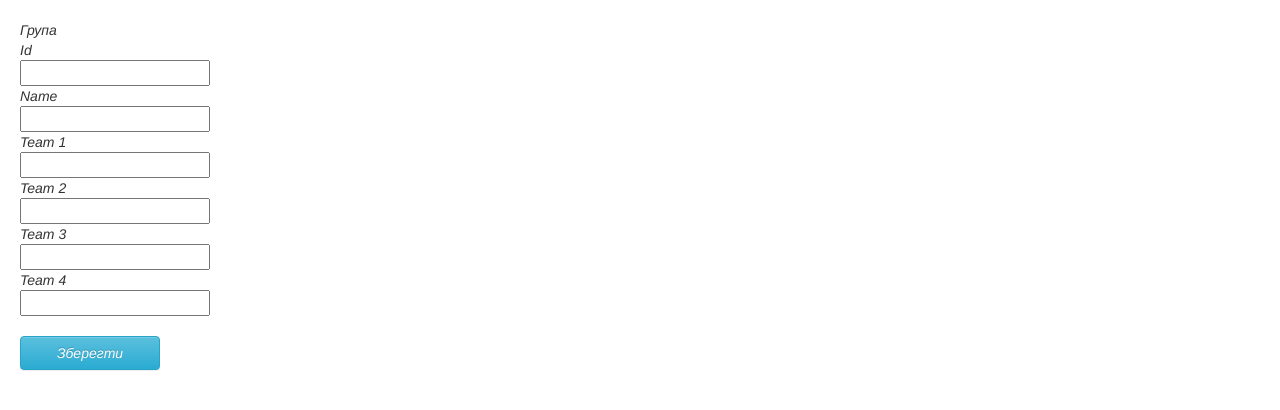
Repository: polik1996/StatisticManager
Page: StatisticsManager/WebContent/inputeGroup.html
The author's editor kept a copy of each file at every save. The page is drawn from the files as they stood at one save, then again after the next save.
The browser window is 1280 px wide. The pictures show the whole page.

Above is the page before, as saved 2016-06-15 05:41:47.
Console error (its wording comes from the project's code and is left out).

### StatisticsManager/WebContent/inputeGroup.html
<!DOCTYPE html>
<html>
<head>
<meta charset="UTF-8">
<title>Insert title here</title>
<link rel="stylesheet" href="https://maxcdn.bootstrapcdn.com/bootstrap/3.3.4/css/bootstrap.min.css">
   <link rel="stylesheet" href="https://maxcdn.bootstrapcdn.com/bootstrap/3.3.4/css/bootstrap-theme.min.css">
  <script src="https://maxcdn.bootstrapcdn.com/bootstrap/3.3.4/js/bootstrap.min.js"></script>
 <style>
   body {
   font-style: italic;
    margin: 20px; /* Убираем отступы */
   }
  </style>
</head>
<body>
	<form action="OperateTable" target="forTable" method="POST">
		<table width = "80">
		<tr>
		<td>
			Група
		</td>
		</tr>
		<tr>
		<td>
			Id <input type="text" name="id">
		</td>
		</tr>
		<tr>
		<td>
			Name <input type="text" name="name">
		</td>
		</tr>
		<tr>
		<td>
			Team 1  <input type="text" name="team_1">
		</td>
		</tr>
		<tr>
		<td>
			Team 2  <input type="text" name="team_2">
		</td>
		</tr>
		<tr>
		<td>
			Team 3  <input type="text" name="team_3">
		</td>
		</tr>
		<tr>
		<td>
			Team 4 <input type="text" name="team_4">
		</td>
		</tr>
</table>
<br>
<input type="submit" button class="btn btn-info" style = width:140px value="Зберегти">
	</form>
</body>
</html>
</body>
</html>

After the next save:
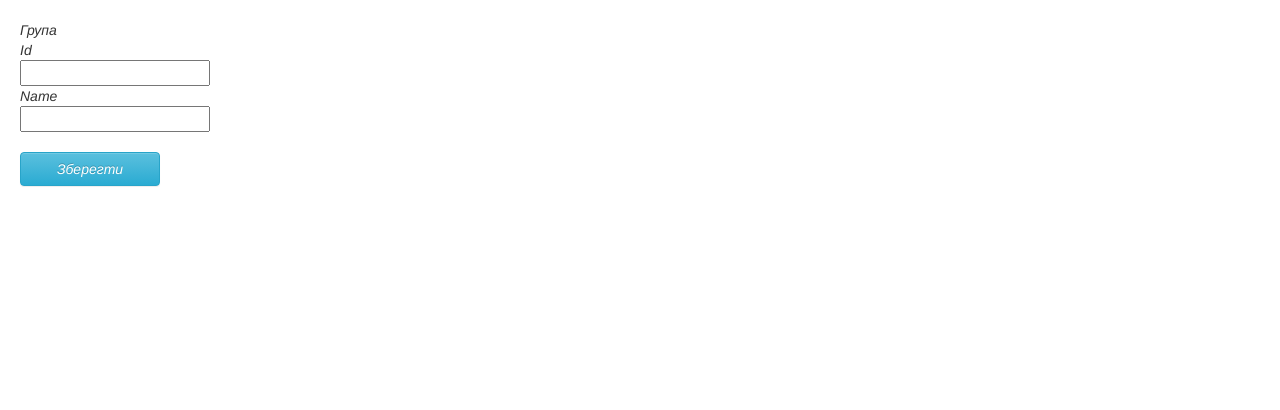
Saved 44 s later.
--- a/StatisticsManager/WebContent/inputeGroup.html
+++ b/StatisticsManager/WebContent/inputeGroup.html
@@ -31,26 +31,6 @@
 			Name <input type="text" name="name">
 		</td>
 		</tr>
-		<tr>
-		<td>
-			Team 1  <input type="text" name="team_1">
-		</td>
-		</tr>
-		<tr>
-		<td>
-			Team 2  <input type="text" name="team_2">
-		</td>
-		</tr>
-		<tr>
-		<td>
-			Team 3  <input type="text" name="team_3">
-		</td>
-		</tr>
-		<tr>
-		<td>
-			Team 4 <input type="text" name="team_4">
-		</td>
-		</tr>
 </table>
 <br>
 <input type="submit" button class="btn btn-info" style = width:140px value="Зберегти">
